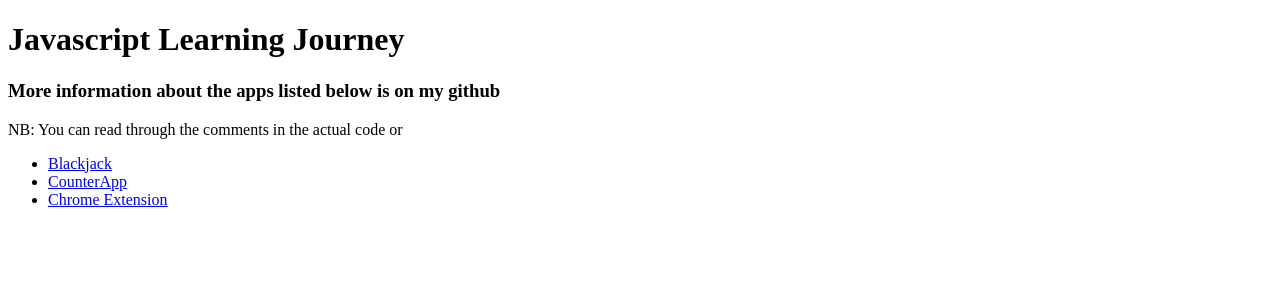
Repository: Siphamandla201/Javascript-Journey
Page: index.html
The author's editor kept a copy of each file at every save. The page is drawn from the files as they stood at one save, then again after the next save.
The browser window is 1280 px wide. The pictures show the whole page.

Above is the page before, as saved 2023-07-27 16:15:40.

### index.html
<!DOCTYPE html>
<html lang="en">
<head>
    <meta charset="UTF-8">
    <meta name="viewport" content="width=device-width, initial-scale=1.0">
    <title>Document</title>
</head>
<body>
    <h1>
        Javascript Learning Journey
    </h1>
    <h3>
        More information about the apps listed below is on my github
    </h3>
    <p>NB: You can read through the comments in the actual code or </p>
    <ul>
        <li><a href="./Blackjack/Blackjack.html">Blackjack</a></li>
        <li><a href="./CounterApp/Counter.html">CounterApp</a></li>
        <li><a href="./Extension/Index.html">Chrome Extension</a></li>
    </ul>
</body>
</html>

After the next save:
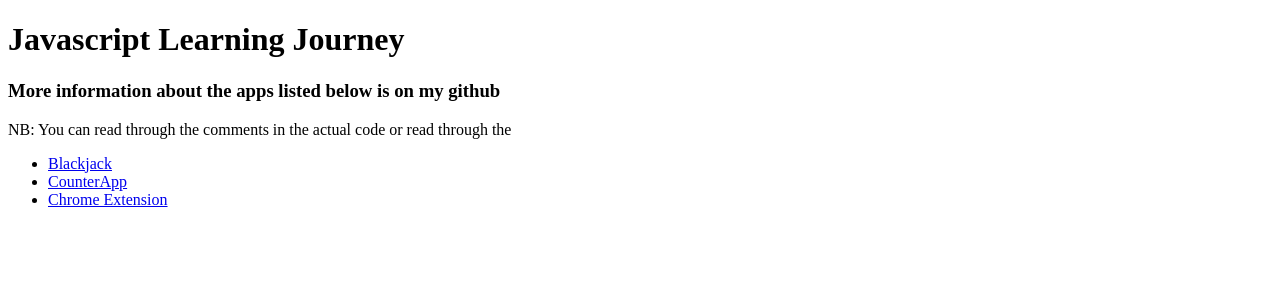
Saved 9 s later.
--- a/index.html
+++ b/index.html
@@ -12,7 +12,7 @@
     <h3>
         More information about the apps listed below is on my github
     </h3>
-    <p>NB: You can read through the comments in the actual code or </p>
+    <p>NB: You can read through the comments in the actual code or read through the </p>
     <ul>
         <li><a href="./Blackjack/Blackjack.html">Blackjack</a></li>
         <li><a href="./CounterApp/Counter.html">CounterApp</a></li>
